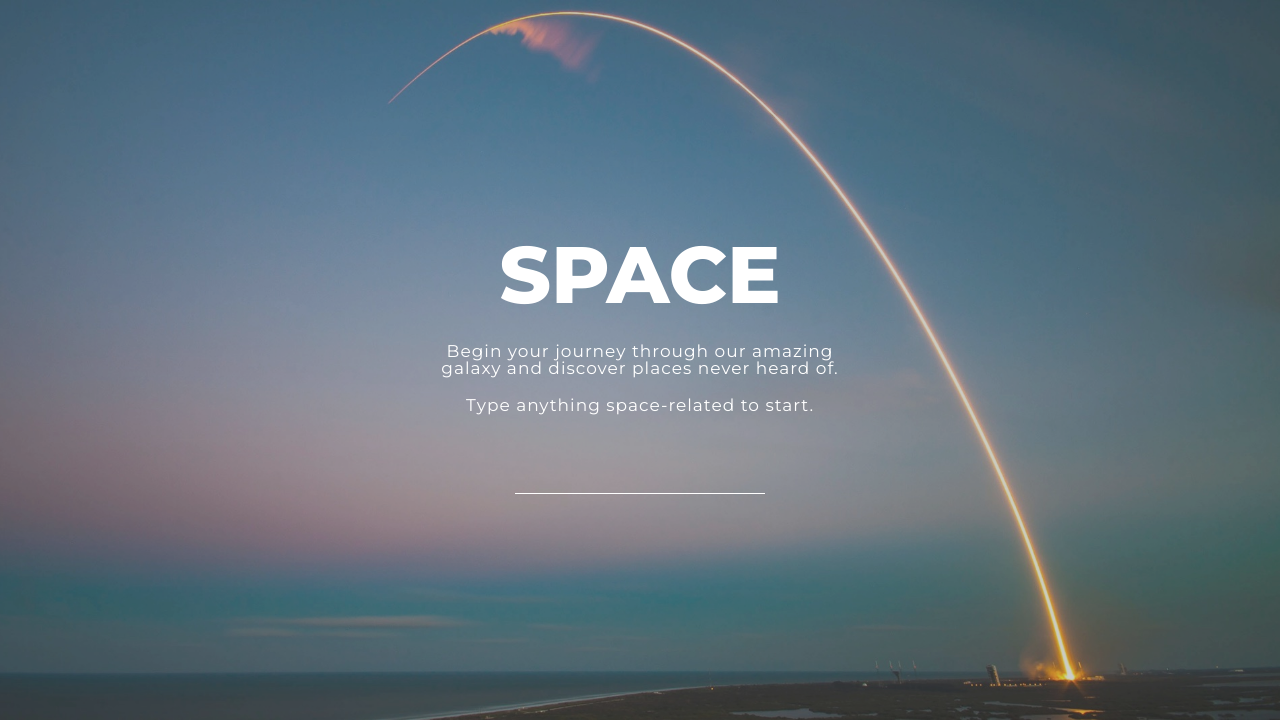
Repository: pmor80/spacer
Page: /
These files come from the project's save history. The page is drawn as it stood at one moment and after the next save; the edit follows.
The browser window is 1280 px wide. The pictures show the whole page.
The project was rebuilt for these pictures with package versions that can differ from the ones it lists, and the page was loaded fresh each time.

Above is the page before, as saved 2019-07-02 16:15:26.

After the next save:
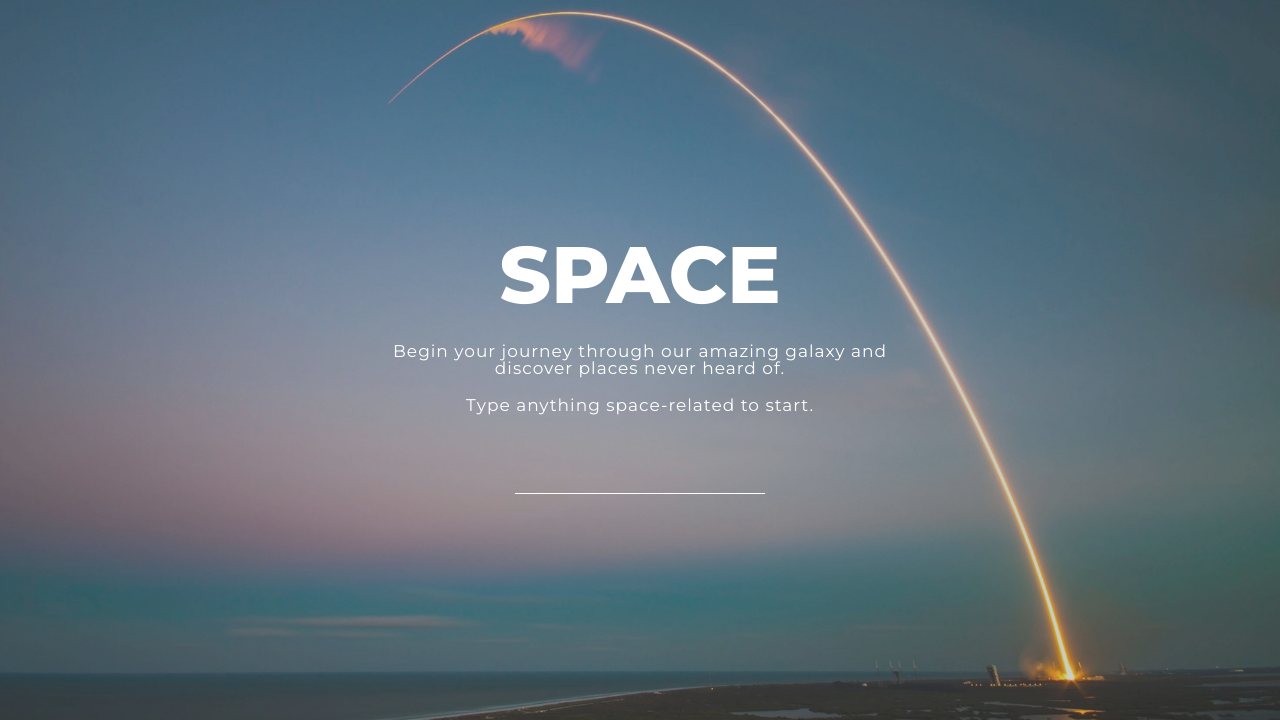
Saved 9 s later.
--- a/src/components/Claim.vue
+++ b/src/components/Claim.vue
@@ -35,7 +35,7 @@ export default {
 .subclaim {
   margin: 20px 0 0 0;
   font-size: 13px;
-  width: 400px;
+  width: 500px;
   font-weight: 400;
 
   @media (min-width: 768px) {
